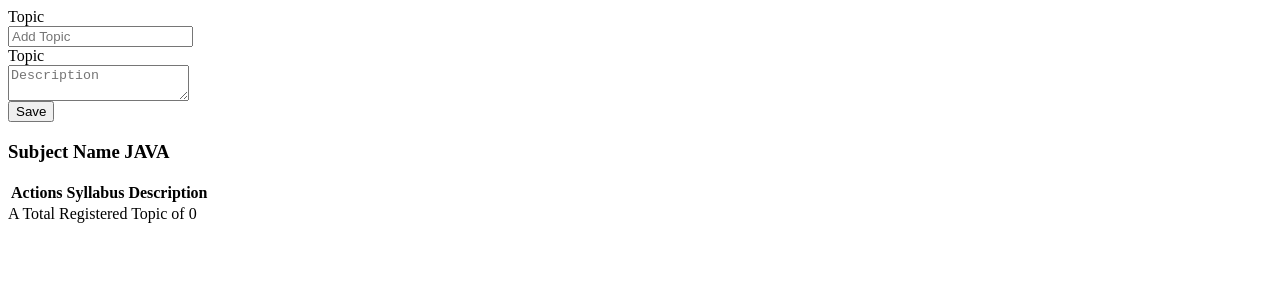
Repository: glorybarcelita/project-ica
Page: workspace/resources/views/subjects/syllabus.blade.php
The author's editor kept a record of every edit. The page is drawn from the files as they stood at one moment, then again after the next edit.
The browser window is 1280 px wide. The pictures show the whole page.
The page is served by the project's Laravel application, run on PHP 8.4 with Laravel 8. Other server files are loaded and not shown. The template is opened directly, without the code that normally fills it, so the values that code supplies are empty.

Above is the page before.

### routes/web.php
<?php

/*
|--------------------------------------------------------------------------
| Web Routes
|--------------------------------------------------------------------------
|
| Here is where you can register web routes for your application. These
| routes are loaded by the RouteServiceProvider within a group which
| contains the "web" middleware group. Now create something great!
|
*/

Route::get('/', function () {
    return view('welcome');
});

Auth::routes();
Route::get('/home', 'HomeController@index')->name('home');

Route::resource('users','UserController')->except(['delete','show1'])->middleware('auth');
Route::resource('courses','CourseController')->middleware('auth');
Route::resource('subjects','SubjectController')->middleware('auth');
Route::resource('syllabus','SyllabusController')->middleware('auth');



Route::get('users/request','PendingRequestController@index');


Route::resource('topic','TopicController');

Route::get('syllabus/create/{id}','SyllabusController@create');
Route::get('subjects/{id}','subjects@show');

Route::post('syllabus/store', 'SyllabusController@store');

Route::get('syllabus/edit/{syllabus_id}/{subject_id}', 'TopicController@edit');

Route::post('syllabus/update', 'TopicController@updateSyllabus');
Route::post('syllabus/destroy', 'TopicController@destroy');

Route::get('sujects/assign-lecturer/{subject_id}', 'LearningResourcesConroller@showAssign');
Route::post('subjects/assign-lecturer', 'LearningResourcesConroller@update');

Route::get('learning-resources/subject/{subject_id}', 'LearningResourcesConroller@showSubjectTopic');
Route::get('learning-resources/subject/create/{id}','LearningResourcesConroller@create');
Route::get('learning-resources/subject/update/{id}','LearningResourcesConroller@updateShow');
Route::post('learning-resources/subject/create','SubjectTopicController@store');
Route::get('learning-resources/subject/details/{subject_id}/{syllabus_id}/{topic_id}','SubjectTopicController@showSubjectTopicDetails');
Route::get('learning-resources', 'LearningResourcesConroller@index');

// Route::get('ica-subjects', 'SubjectController@showICA')

Route::resource('learningresources','LearningResourcesConroller');
Route::resource('subjecttopic','SubjectTopicController');
Route::resource('dashboard','DashboardController');



Route::get('exams/{subject_id}', 'ExamController@index')->middleware('auth');
Route::get('exams/addquestion/{subject_id}', 'ExamController@create');
Route::post('exams/store', 'ExamController@store');
Route::get('exams/updatequestion/{subject_id}/{exam_id}', 'ExamController@update');
Route::post('exams/update', 'ExamController@updateExam');
Route::post('exams/delete', 'ExamController@delete');
Route::post('exams/put-answer', 'ExamController@putAnswer');


Route::get('quiz/{subject_id}/{syllabus_id}', 'QuizController@index');
Route::get('quiz/add-question/{subject_id}/{syllabus_id}', 'QuizController@create');
Route::post('quiz/store', 'QuizController@store');
Route::get('quiz/update-question/{subject_id}/{syllabus_id}/{question_id}', 'QuizController@update');
Route::post('quiz/updateQuiz', 'QuizController@updateQuiz');
Route::post('quiz/delete', 'QuizController@delete');
Route::post('quiz/put-answer', 'QuizController@putAnswer');

Route::post('subject/delete', 'SubjectController@delete');

Route::get('reports/user', 'ReportsController@userReport');
Route::get('reports/subject', 'ReportsController@subjectReport');
Route::get('reports/course', 'ReportsController@courseReport');
Route::get('reports/learningresources', 'ReportsController@learningresourcesReport');
Route::get('reports/learningresources/{subject_id}', 'ReportsController@learningresourcesReportSyllabus');
Route::get('reports/learningresources/{subject_id}/{syllabus_id}', 'ReportsController@learningresourcesReportTopic');
Route::get('reports/quiz', 'ReportsController@quizReport');
Route::get('reports/quiz/stats', 'ReportsController@quizStatsReport');


Route::get('logout', function(){
  Auth::logout();
  return redirect('/');
});

### resources/views/subjects/syllabus.blade.php
<div class="container mt-4">
<div class="form-group">
    <label for="" class="col-sm-2 col-form-label">Topic</label>
    <div class="col-sm-10">
        <input type="text" class="form-control" name="topic" placeholder="Add Topic"/>
    </div>

</div>


<div class="form-group">
    <label for="" class="col-sm-2 col-form-label">Topic</label>

     <div class="col-sm-10">
        <textarea class="form-control" name="description" placeholder="Description">{{ old('description') }}</textarea>
    </div>

    <button class="btn btn-primary">Save</button>
</div>

<!--TABLE FOR Syllabus-->
<div class="container mt-4">
    <div class="card card-info">
        <div class="card-header">
            <h3>Subject Name JAVA</h3>
        </div>
        <div class="card-body">
            <table class="table table-bordered" id="myTable">
                <thead>
                    <th>Actions</th>
                    <th>Syllabus</th>
                    <th>Description</th>


                </thead>
                <tbody>
                   @foreach($topics as $topic)
                    <tr>
                        <td>
                            <!--pagkaedit sa add syllabus form nlng ilalabas ung data,dun na ieedit-->
                            <a href="" class="btn btn-sm btn-info text-light">Edit</a>
                            <a href="" class="btn btn-sm btn-info text-light">Delete</a>
                        </td>
                        <td>{{ $topic->$name}}</td>
                        <td>{{ $topic->$description}}</td>
                    </tr>
                    @endforeach
                </tbody>
            </table>
        </div>
        <div class="card-footer">
           A Total Registered Topic of {{ $topics->count() }}
        </div>
        </div>
    </div>
</div>
</div>



@push('scripts')
<script src="https://cdn.datatables.net/1.10.16/js/jquery.dataTables.min.js"></script>
<script src="https://cdn.datatables.net/1.10.16/js/dataTables.bootstrap4.min.js"></script>
<script>
    $('#myTable').DataTable();
</script>
@endpush

Loaded but not shown: app/Http/Controllers/Auth/LoginController.php (common file); app/Http/Controllers/Controller.php (common file)

After the next edit:
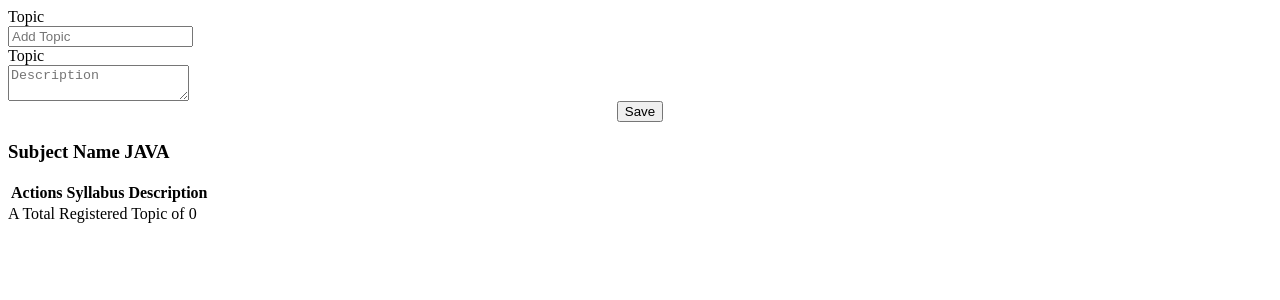
The edit:
--- a/resources/views/subjects/syllabus.blade.php
+++ b/resources/views/subjects/syllabus.blade.php
@@ -15,7 +15,7 @@
         <textarea class="form-control" name="description" placeholder="Description">{{ old('description') }}</textarea>
     </div>
 
-    <button class="btn btn-primary">Save</button>
+    <center><button class="btn btn-primary mt-4">Save</button></center>
 </div>
 
 <!--TABLE FOR Syllabus-->
